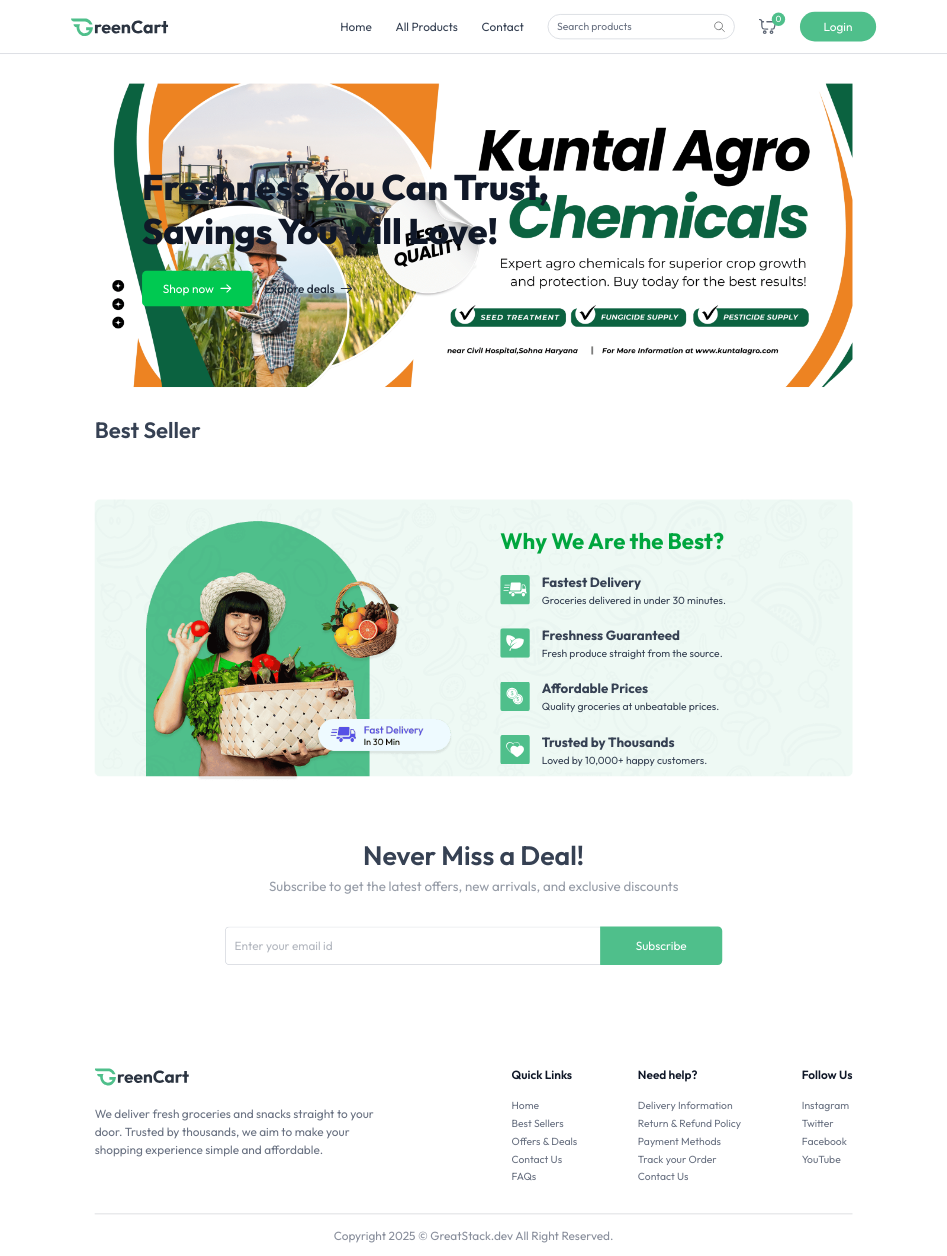
Repository: deepak445566/agro
Page: / (app in client/)
The author's editor kept a copy of each file at every save. The page is drawn from the files as they stood at one save, then again after the next save.
The browser window is 1280 px wide. The pictures show the whole page, at 74% of full size.
The page's requests for data from a server got no answer. Some web fonts or font styles are not loaded; a fallback is used. The project was rebuilt for these pictures with package versions that can differ from the ones it lists, and the page was loaded fresh each time. No one was signed in, and anything a server would have sent is missing. Also part of the build but not shown: client/vite.config.js, client/src/components/ProductCard.jsx, client/src/components/Login.jsx, client/src/pages/AllProduct.jsx, client/src/pages/Productcato.jsx, client/src/pages/ProductDetail.jsx, client/src/pages/Cart.jsx, client/src/components/Addaddress.jsx and 7 more.

Above is the page before, as saved 2025-12-14 14:21:54.

### client/index.html
<!doctype html>
<html lang="en">
  <head>
    <meta charset="UTF-8" />
    <link rel="icon" type="image/svg+xml" href="/favicon.svg" />
    <meta name="viewport" content="width=device-width, initial-scale=1.0" />
    <title>Grocery</title>
  </head>
  <body>
    <div id="root"></div>
    <script type="module" src="/src/main.jsx"></script>
  </body>
</html>

### client/src/main.jsx
import { StrictMode } from 'react'
import { createRoot } from 'react-dom/client'
import './index.css'
import App from './App.jsx'
import {BrowserRouter} from 'react-router-dom'
import { AppContextProvider } from './context/AppContext.jsx'


createRoot(document.getElementById('root')).render(
  <BrowserRouter>
  <AppContextProvider>
    <App />
    </AppContextProvider>
 </BrowserRouter>,
)

### client/src/index.css



@import url('https://fonts.googleapis.com/css2?family=Anton&family=Archivo+Black&family=Bebas+Neue&family=Bungee&family=Exo+2:ital,wght@0,100..900;1,100..900&family=Frijole&family=Kaushan+Script&family=Lilita+One&family=Mozilla+Headline:wght@200..700&family=Outfit:wght@100..900&family=Poppins:ital,wght@0,100;0,200;0,300;0,400;0,500;0,600;0,700;0,800;0,900;1,100;1,200;1,300;1,500;1,600;1,700;1,800;1,900&family=Rowdies:wght@300;400;700&family=Signika+Negative:wght@300..700&display=swap');

@import "tailwindcss";

*{
  font-family: "Outfit", sans-serif;
}
@theme {
  --color-primary:#4fbf8b;
  --color-primary-dull: #44ae7c;
}

### client/src/App.jsx
import React from 'react'
import Navbar from './components/Navbar'
import Home from './pages/Home'
import { Route, Routes, useLocation } from 'react-router-dom'
import { Toaster } from 'react-hot-toast';
import Footer from './components/Footer';
import { useAppContext } from './context/AppContext';
import Login from './components/Login';
import AllProduct from './pages/AllProduct';
import Productcato from './pages/Productcato';
import ProductDetail from './pages/ProductDetail';
import Cart from './pages/Cart';
import Addaddress from './components/Addaddress';
import Myorders from './pages/Myorders';
import SellerLogin from './components/seller/SellerLogin';
import SellerLayout from './pages/seller/SellerLayout';
import Addproduct from './pages/seller/Addproduct';
import ProductList from './pages/seller/ProductList';
import Order from './pages/seller/Order';
import Loading from './components/Loading';

function App() {

  const isSellerPath = useLocation().pathname.includes("seller");
const {showLogin,isSeller} =useAppContext();


  return (
  <>
  <div className='text-default min-h-screen text-gray-700 bg-white'>
{isSellerPath ? null : <Navbar/>}
{showLogin ? <Login/> : null}
<Toaster></Toaster>
<div className={` ${isSellerPath ? " ":"px-6 md:px-16 lg:px-24 xl:px-32" }`}>
  <Routes>
    <Route path='/' element={<Home/>}/>
    <Route path='/products' element={<AllProduct/>}/>
    <Route path='/products/:category' element={<Productcato/>}/>
    <Route path='/products/:category/:id' element={<ProductDetail/>}/>
  <Route path='/cart' element={<Cart/>}/>
  <Route path='/add-address' element={<Addaddress/>}/>
  <Route path='/myOrders' element={<Myorders/>}/>
<Route path="/loader" element={<Loading/>}/>



  <Route path='/seller' element={isSeller?<SellerLayout/> :<SellerLogin/>}>
  <Route index element={isSeller?<Addproduct/>:null} />
<Route path='product-list' element={isSeller?<ProductList/>:null} />
<Route path='orders' element={<Order/>}/>



  </Route>


  </Routes>
</div>
 {!isSellerPath && <Footer />}
</div>
  </>
  )
}

export default App

### client/src/context/AppContext.jsx
import { createContext, useContext, useEffect, useState } from "react";
import { useNavigate } from "react-router-dom";

import toast from "react-hot-toast";
import axios from "axios";


axios.defaults.withCredentials = true;
axios.defaults.baseURL = import.meta.env.VITE_BACKEND_URL;






export const AppContext = createContext();

export const AppContextProvider = ({ children }) => {
  const navigate = useNavigate();

  const [user, setUser] = useState(null);
  const [isSeller, setIsSeller] = useState(false);
  const [showLogin, setShowLogin] = useState(false);
  const [products, setProducts] = useState([]);
  const [cartItems, setCartItems] = useState({});
  const [search, setSearch] = useState({});

  //status//
  const fetchSeller = async () =>{
    try {
      const {data} = await axios.get("/api/seller/isauth");
      if(data.success){
        setIsSeller(true);
      }
      else{
        setIsSeller(false);
      }
    } catch (error) {
      setIsSeller(false);
    }
  }



  const fetchUser = async ()=>{
    try {
      const {data} = await axios.get('/api/user/isauth');
      if(data.success){
        setUser(data.user)
        setCartItems(data.user.cartItems)

      }
    } catch (error) {
      setUser(null)
    }
  }


  // Fetch products
  const fetchProducts = async () => {
   try{
const {data} = await axios.get("/api/product/list")
if(data.success){
  setProducts(data.products)
}else{
  toast.error(data.message)
}
   }catch(error){
toast.error(error.message)
   }
  };

  // Add to cart
  const addToCart = (itemId) => {
    let cartData = structuredClone(cartItems);
    if (cartData[itemId]) {
      cartData[itemId] += 1;
    } else {
      cartData[itemId] = 1;
    }
    setCartItems(cartData);
    console.log(cartItems);
    toast.success("Added to Cart");
  };

  // Update cart quantity
  const updateCart = (itemId, quantity) => {
    let cartData = structuredClone(cartItems);
    if (quantity <= 0) {
      delete cartData[itemId];
    } else {
      cartData[itemId] = quantity;
    }
    setCartItems(cartData);
  };

  // Remove product from cart completely
  const removeFromCart = (itemId) => {
    let cartData = structuredClone(cartItems);
    if (cartData[itemId]) {
      delete cartData[itemId];
      setCartItems(cartData);
      toast.success("Removed from Cart");
    }
  };

  const getcount = () => {
    let totalcount = 0;
    for (const item in cartItems) {
      totalcount += cartItems[item];
    }
    return totalcount;
  };

  const gettotal = () => {
    let totalAmount = 0;
    for (const itemId in cartItems) {
      let itemInfo = products.find((pro) => pro._id === itemId);
      if (itemInfo && cartItems[itemId] > 0) {
        totalAmount += itemInfo.offerPrice * cartItems[itemId]; // ✅ fixed property name
      }
    }
    return Math.floor(totalAmount * 100) / 100;
  };

  useEffect(() => {
    fetchSeller()
    fetchUser()
    fetchProducts()
  }, []);
//databasecrt items//
useEffect(()=>{
const updateCart = async () => {
  try {
    const { data } = await axios.post('/api/cart/update', {
      userId: user._id,   // make sure user object has _id
      cartItems
    });
    if (!data.success) {
      toast.error(data.message);
    }
  } catch (error) {
    toast.error(error.message);
  }
};

if(user){
  updateCart()
}


},[cartItems])



  const value = {
    navigate,
    user,
    setUser,
    isSeller,
    setIsSeller,
    showLogin,
    setShowLogin,
    products,
    addToCart,
    updateCart,
    removeFromCart, // ⬅ new function
    cartItems,
    search,
    setSearch,
    getcount,
    gettotal,
    axios,
    fetchProducts,
    setCartItems
  };

  return <AppContext.Provider value={value}>{children}</AppContext.Provider>;
};

// Custom hook
export const useAppContext = () => {
  return useContext(AppContext);
};

### client/src/components/Navbar.jsx
import React, { useEffect } from 'react'
import { NavLink } from 'react-router-dom'
import { assets } from '../assets/assets'
import { useAppContext } from '../context/AppContext'
import toast from 'react-hot-toast'
function Navbar() {
     const [open, setOpen] = React.useState(false)
     const {user,setUser,setShowLogin,navigate,setSearch,search,getcount,axios}= useAppContext();

     useEffect(()=>{
if(search.length>0){
  navigate("/products")
}
     },[search])


     const Logout=async()=>{

      try{
const {data} = await axios.get("/api/user/logout")
if(data.success){
  toast.success(data.message)
     setUser(null);
      navigate('/')
}else{
  toast.error(data.message)
}
      }catch(error){
toast.error(error.message)
      }

     }
  return (
  <>
 <nav className="flex items-center justify-between px-6 md:px-16 lg:px-24  py-4 border-b border-gray-300 bg-white relative transition-all z-40">

          <NavLink to='/' onClick={()=>setOpen(false)}>
            <img src={assets.logo}/>
          </NavLink>

            {/* Desktop Menu */}
            <div className="hidden sm:flex items-center gap-8">
              <NavLink to="/">Home</NavLink>
                <NavLink to="/products">All Products</NavLink>
                  <NavLink to="/">Contact</NavLink>

                <div className="hidden lg:flex items-center text-sm gap-2 border border-gray-300 px-3 rounded-full">
                    <input onChange={(e)=>setSearch(e.target.value)} className="py-1.5 w-full bg-transparent outline-none placeholder-gray-500" type="text" placeholder="Search products" />
                   <img src={assets.search_icon} className='w-4 h-4'/>
                </div>

                <div onClick={()=>navigate("/cart")} className="relative cursor-pointer ">
                   <img src={assets.nav_cart_icon} className='w-6 opacity-80'/>
                    <button className="absolute -top-2 -right-3 text-xs text-white bg-primary w-[18px] h-[18px] rounded-full">{getcount()}</button>
                </div>

                {!user ? (<button onClick={()=>setShowLogin(true)} className="cursor-pointer px-8 py-2 bg-primary hover:bg-primary-dull transition text-white rounded-full">
                    Login
                </button>):(
                  <div className='relative group'>

                    <img src={assets.profile_icon} className='w-10'/>
                    <ul className='hidden group-hover:block absolute top-10 right-0 bg-white shadow border border-gray-200  py-2.5 w-30 rounded-md text-sm z-40'>
                      <li onClick={()=>navigate("myOrders")} className='p-1.5 pl-3 hover:bg-primary/10 cursor-pointer'>
                        My Orders
                      </li>
                      <li onClick={()=>Logout()} className='p-1.5 pl-3 hover:bg-primary/10 cursor-pointer'>Logout</li>
                    </ul>
                  </div>
                )}
            </div>
<div className='flex items-center gap-6 sm:hidden'>

                <div onClick={()=>navigate("/cart")} className="relative cursor-pointer ">
                   <img src={assets.nav_cart_icon} className='w-6 opacity-80'/>
                    <button className="absolute -top-2 -right-3 text-xs text-white bg-primary w-[18px] h-[18px] rounded-full">{getcount()}</button>
                </div>
    <button onClick={() => open ? setOpen(false) : setOpen(true)} aria-label="Menu" >
                {/* Menu Icon SVG */}
              <img src={assets.menu_icon}/>
            </button>
</div>


            {/* Mobile Menu */}
            <div className={`${open ? 'flex' : 'hidden'} absolute top-[60px] left-0 w-full bg-white shadow-md py-4 flex-col items-start gap-2 px-5 text-sm md:hidden`}>
              <NavLink to="/" onClick={()=>setOpen(false)}>Home</NavLink>
                       <NavLink to="/products" onClick={()=>setOpen(false)}>All Products</NavLink>
                       {user &&
                             <NavLink to="/products" onClick={()=>setOpen(false)}>My Orders</NavLink>}

              <NavLink to="/" onClick={()=>setOpen(false)}>Contact</NavLink>


              {!user?( <button          onClick={()=>{setOpen(false), setShowLogin(true)}}

              className="cursor-pointer px-6 py-2 mt-2 bg-primary hover:bg-primary-dull transition text-white rounded-full text-sm">

                    Login
                </button>):( <button onClick={()=>Logout()} className="cursor-pointer px-6 py-2 mt-2 bg-primary hover:bg-primary-dull transition text-white rounded-full text-sm">
                    Logout
                </button>)}

            </div>

        </nav>
  </>
  )
}

export default Navbar

### client/src/pages/Home.jsx
import React from 'react'

import MainBanner from '../components/MainBanner'

import BestSeller from '../components/BestSeller'
import BottomBanner from '../components/BottomBanner'
import NewsLetter from '../components/NewsLetter'

export default function() {
  return (
   <>
   <div className='mt-10'>
    <MainBanner/>

    <BestSeller/>
    <BottomBanner/>
    <NewsLetter/>

   </div>
   </>
  )
}

### client/src/components/Footer.jsx
import React from 'react'
import { assets, footerLinks } from '../assets/assets'

function Footer() {
  return (
 <>
  <div className="px-6 md:px-16 lg:px-24 xl:px-32 mt-24">
            <div className="flex flex-col md:flex-row items-start justify-between gap-10 py-10 border-b border-gray-500/30 text-gray-500">
                <div>
                    <img className="w-34 md:w-32" src={assets.logo} alt="dummyLogoColored" />
                    <p className="max-w-[410px] mt-6">We deliver fresh groceries and snacks straight to your door. Trusted by thousands, we aim to make your shopping experience simple and affordable.</p>
                </div>
                <div className="flex flex-wrap justify-between w-full md:w-[45%] gap-5 ">
                    {footerLinks.map((section, index) => (
                        <div key={index}>
                            <h3 className="font-semibold text-base text-gray-900 md:mb-5 mb-2">{section.title}</h3>
                            <ul className="text-sm space-y-1">
                                {section.links.map((link, i) => (
                                    <li key={i}>
                                        <a href={link.url} className="hover:underline transition">{link.text}</a>
                                    </li>
                                ))}
                            </ul>
                        </div>
                    ))}
                </div>
            </div>
            <p className="py-4 text-center text-sm md:text-base text-gray-500/80">
                Copyright 2025 © <a href="https://prebuiltui.com">GreatStack.dev</a> All Right Reserved.
            </p>
        </div>

 </>
  )
}

export default Footer

### client/src/components/MainBanner.jsx
import React from "react";
import { assets } from "../assets/assets";
import { Link } from "react-router-dom";

function MainBanner() {
  return (
    <div className="relative w-full">
      {/* Banner image */}
      <img
        src="/main1.png"
        alt="Main banner"
        className="w-full hidden md:block"
      />
      <img
        src={assets.main_banner_bg_sm}
        alt="Main banner mobile"
        className="w-full md:hidden"
      />

      {/* Overlay content */}
      <div className="absolute inset-0 flex flex-col justify-center md:items-start items-center px-6 md:px-16 mt-96 lg:mt-0 md:mt-0">
        <h1 className="text-2xl md:text-5xl font-extrabold text-gray-900 leading-snug md:leading-tight max-w-xl text-center md:text-left md:text-2xl">
          Freshness You Can Trust, Savings You will Love!
        </h1>

        {/* Buttons */}
        <div className="mt-6 flex flex-col md:flex-row items-center  md:justify-start gap-4">
          <Link
            to="/products"
            className="flex items-center gap-2 px-7 py-3 bg-green-500 hover:bg-green-600 text-white rounded-md transition"
          >
            Shop now
            <img
              src={assets.white_arrow_icon}
              alt="arrow"
              className="w-4 h-4"
            />
          </Link>

          {/* Second button only visible on desktop */}
          <Link
            to="/products"
            className="hidden md:flex items-center gap-2 i text-gray-800 font-medium hover:gap-3 transition"
          >
            Explore deals
            <img
              src={assets.black_arrow_icon}
              alt="arrow"
              className="w-4 h-4"
            />
          </Link>
        </div>
      </div>
    </div>
  );
}

export default MainBanner;

### client/src/components/BestSeller.jsx
import React from "react";
import ProductCard from "./ProductCard";
import { useAppContext } from "../context/AppContext";

function BestSeller() {
  const { products } = useAppContext();

  return (
    <div className="mt-10">
      {/* Heading */}
      <p className="text-2xl md:text-3xl font-semibold mb-4">
        Best Seller
      </p>

      {/* Products Grid */}
      <div className="grid grid-cols-2 sm:grid-cols-3 md:grid-cols-4 lg:grid-cols-5 gap-4 lg:gap-6">
        {products
          .filter((item) => item.inStock)
          .slice(0, 5)
          .map((item) => (
            <ProductCard key={item._id} product={item} />
          ))}
      </div>
    </div>
  );
}

export default BestSeller;

### client/src/components/BottomBanner.jsx
import React from "react";
import { assets, features } from "../assets/assets";

function BottomBanner() {
  return (
    <div className="relative w-full mt-15">
      {/* Desktop Background Image */}
      <img
        src={assets.bottom_banner_image}
        alt="Woman with groceries"
        className="w-full h-auto object-cover hidden md:block"
      />

      {/* Mobile Background Image */}
      <img
        src={assets.bottom_banner_image_sm}
        alt="Woman with groceries"
        className="w-full h-auto object-cover md:hidden"
      />

      {/* Overlay Text */}
      <div className="absolute inset-0 flex flex-col justify-center px-4 sm:px-6 md:px-12">
        <div className="max-w-6xl mx-auto grid grid-cols-1 md:grid-cols-2 gap-6 items-center">

          {/* Left Empty Space for Desktop */}
          <div className="hidden md:block"></div>

          {/* Right Section - Text */}
        <div className=" p-2 sm:p-6 rounded-lg md:rounded-none -mt-[16rem] sm:-mt-8 md:mt-5">
            <h2 className="text-2xl sm:text-3xl font-bold text-green-600 mb-4 sm:mb-6 text-center md:text-left">
              Why We Are the Best?
            </h2>

            <div className="space-y-4 sm:space-y-6">
              {features.map((item, index) => (
                <div
                  key={index}
                  className="flex flex-row items-start space-x-3 sm:space-x-4"
                >
                  <img
                    src={item.icon}
                    alt={item.title}
                    className="w-8 h-8 sm:w-10 sm:h-10 mt-1"
                  />
                  <div>
                    <h3 className="font-bold text-base sm:text-lg">{item.title}</h3>
                    <p className="text-gray-700 text-sm">{item.description}</p>
                  </div>
                </div>
              ))}
            </div>
          </div>

        </div>
      </div>
    </div>
  );
}

export default BottomBanner;

### client/src/components/NewsLetter.jsx
import React from 'react'

function NewsLetter() {
  return (
   <div className="flex flex-col items-center justify-center text-center space-y-2 mt-20">
            <h1 className="md:text-4xl text-2xl font-semibold">Never Miss a Deal!</h1>
            <p className="md:text-lg text-gray-500/70 pb-8">
                Subscribe to get the latest offers, new arrivals, and exclusive discounts
            </p>
            <form className="flex items-center justify-between max-w-2xl w-full md:h-13 h-12">
                <input
                    className="border border-gray-300 rounded-md h-full border-r-0 outline-none w-full rounded-r-none px-3 text-gray-500"
                    type="text"
                    placeholder="Enter your email id"
                    required
                />
                <button type="submit" className="md:px-12 px-8 h-full text-white bg-primary hover:bg-primary-dull transition-all cursor-pointer rounded-md rounded-l-none">
                    Subscribe
                </button>
            </form>
        </div>

  )
}

export default NewsLetter

Loaded but not shown: client/src/assets/assets.js (194 lines, source omitted)

After the next save:
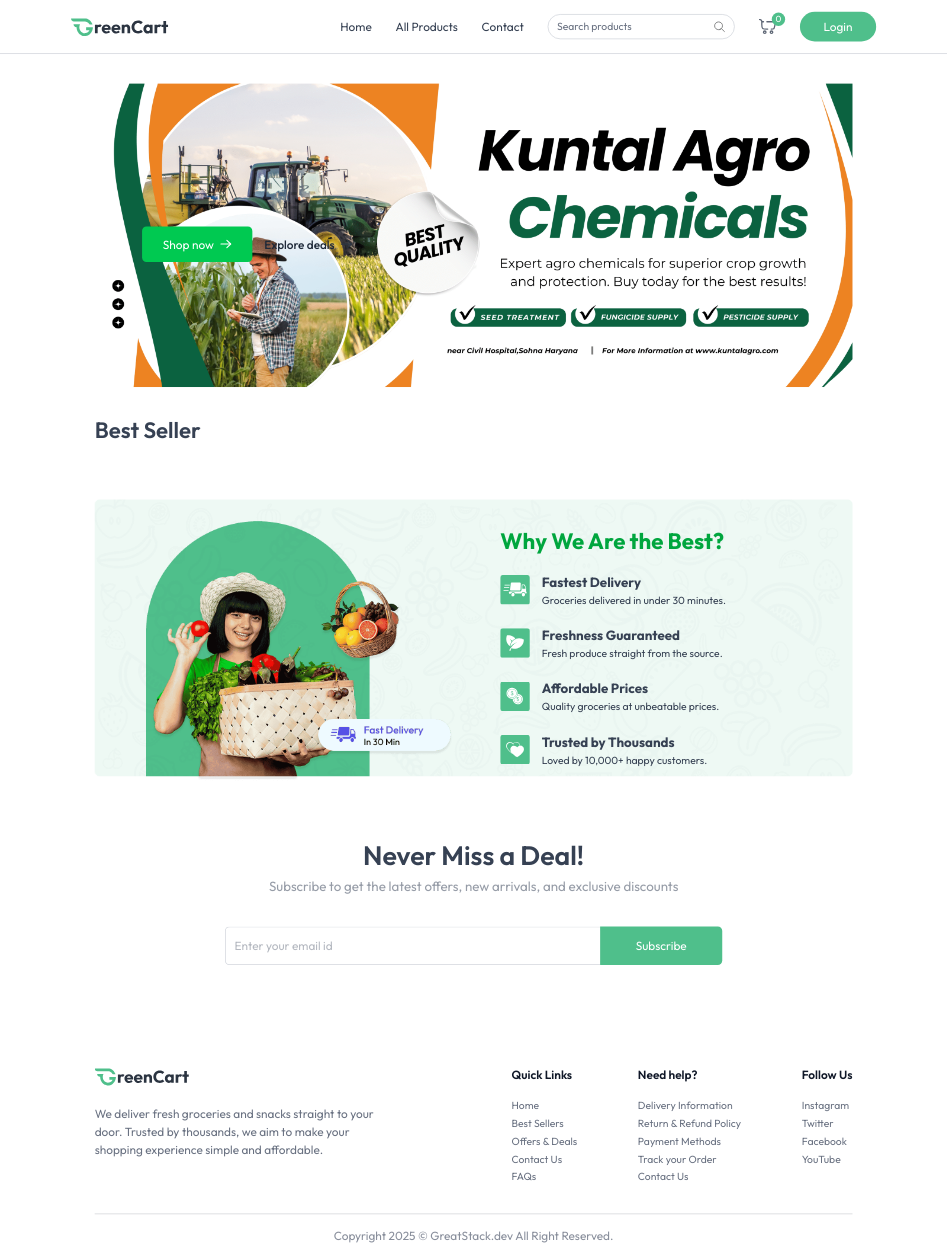
Saved 13 s later.
--- a/client/src/components/MainBanner.jsx
+++ b/client/src/components/MainBanner.jsx
@@ -19,9 +19,7 @@
 
       {/* Overlay content */}
       <div className="absolute inset-0 flex flex-col justify-center md:items-start items-center px-6 md:px-16 mt-96 lg:mt-0 md:mt-0">
-        <h1 className="text-2xl md:text-5xl font-extrabold text-gray-900 leading-snug md:leading-tight max-w-xl text-center md:text-left md:text-2xl">
-          Freshness You Can Trust, Savings You will Love!
-        </h1>
+
 
         {/* Buttons */}
         <div className="mt-6 flex flex-col md:flex-row items-center  md:justify-start gap-4">
